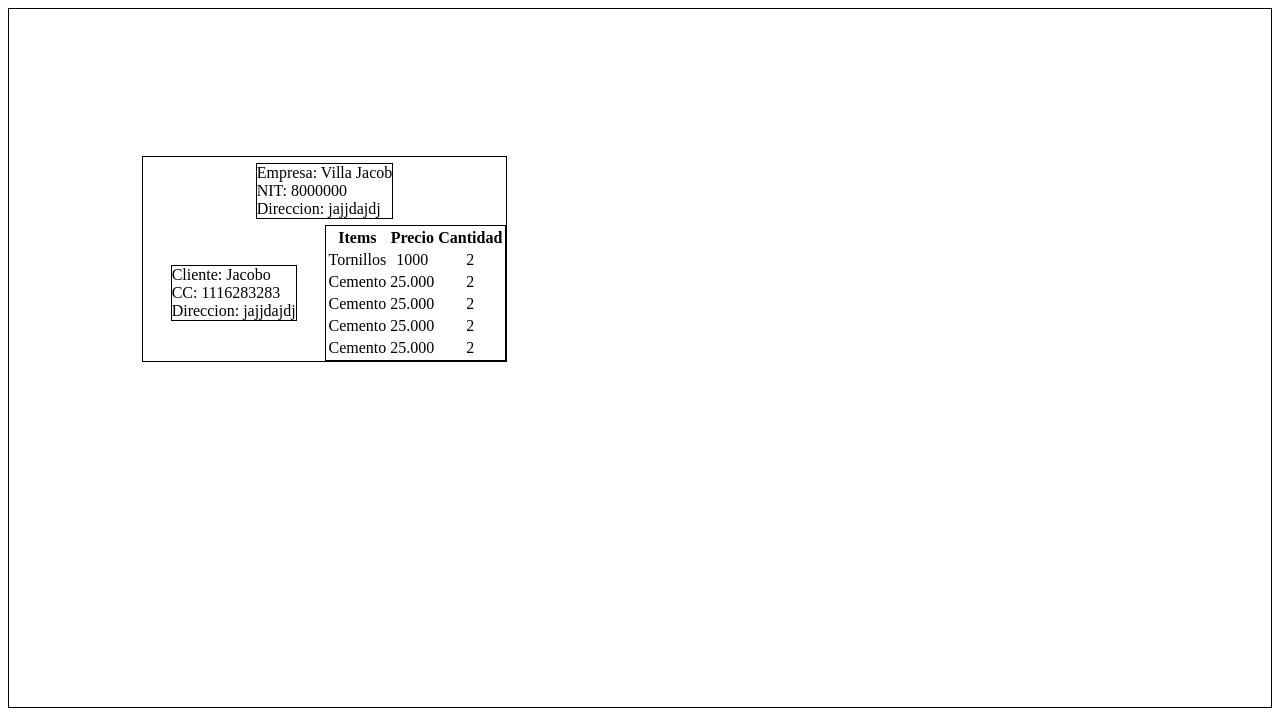
Repository: MrVanQish/FacturaEstructura
Page: index.html
The author's editor kept a copy of each file at every save. The page is drawn from the files as they stood at one save, then again after the next save.
The browser window is 1280 px wide. The pictures show the whole page.

Above is the page before, as saved 2021-09-29 10:08:17.

After the next save:
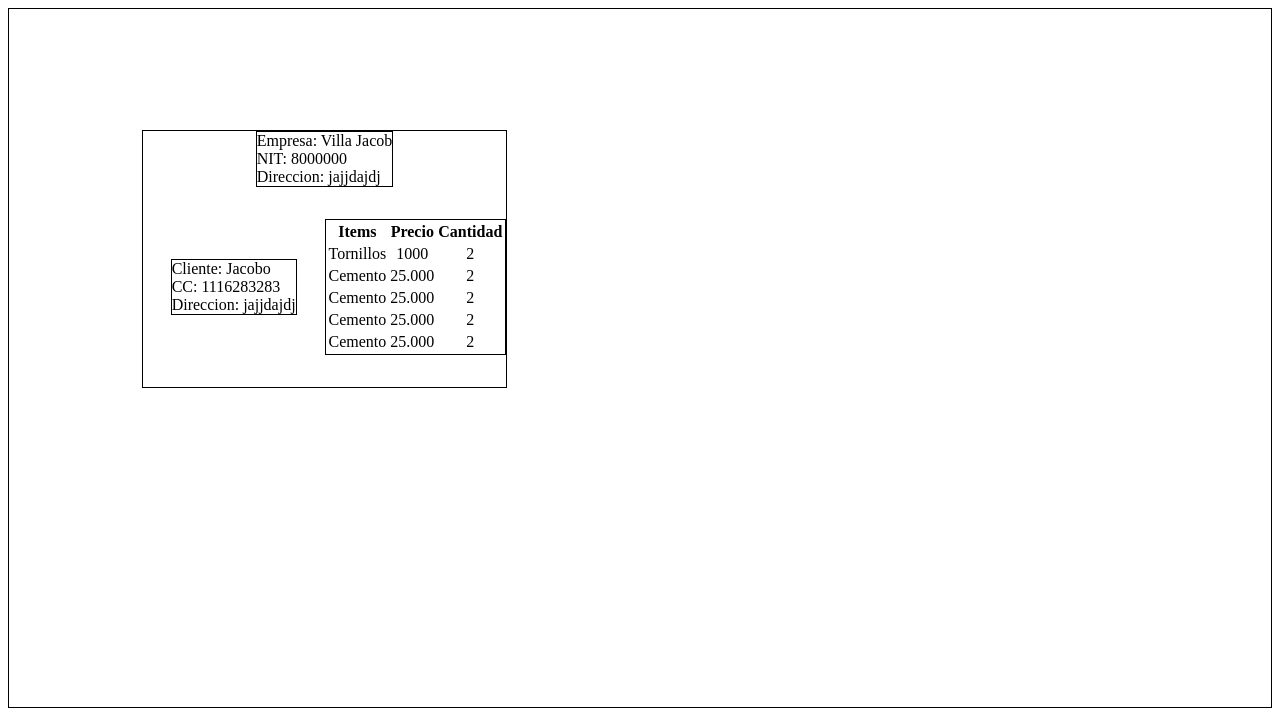
Saved 5 s later.
--- a/styles.css
+++ b/styles.css
@@ -20,7 +20,7 @@
     justify-self: center;
     border: 1px solid #000;
     grid-template-columns: 1fr 1fr;
-    grid-template-rows: 1fr 2fr;
+    grid-template-rows: 1fr 200px;
     grid-template-areas:
       "infoEmpresa-f infoEmpresa-f"
       "infoCliente-f items-f" ;
